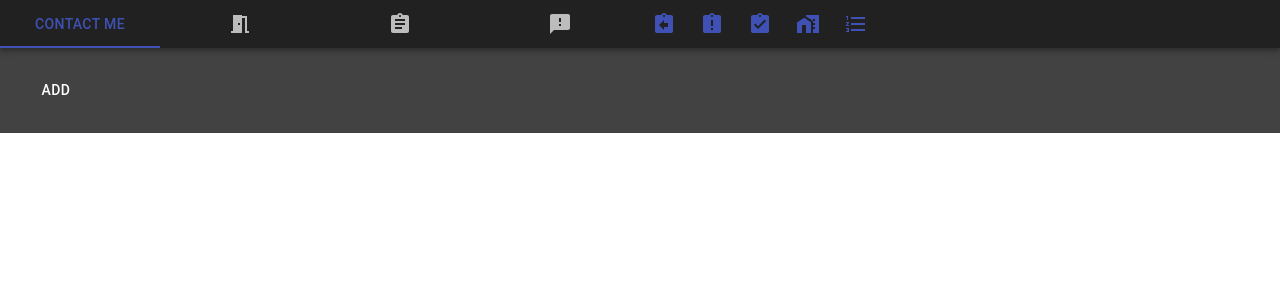
Repository: hossamsulleman1/CONTACTME
Page: / (app in my-app/)
The author's editor kept a copy of each file at every save. The page is drawn from the files as they stood at one save, then again after the next save.
The browser window is 1280 px wide. The pictures show the whole page.
The project was rebuilt for these pictures with package versions that can differ from the ones it lists, and the page was loaded fresh each time. Also part of the build but not shown: my-app/src/Components/ProfileFolder/FriendsAvatarList.jsx, my-app/src/Components/ProfileFolder/Content.jsx, my-app/src/Components/Preview.jsx, my-app/src/Components/BottomNav.jsx.

Above is the page before, as saved 2020-11-09 11:14:44.

### my-app/src/App.js
import "./App.css";
import IconNav from "./Components/IconNav";
import { createMuiTheme, ThemeProvider } from "@material-ui/core/styles";

const theme = createMuiTheme({
  palette: {
    type: "dark",
  },
});

function App() {
  return (
    <ThemeProvider theme={theme}>
      <IconNav></IconNav>
    </ThemeProvider>
  );
}

export default App;

### my-app/src/App.css
.App {
  text-align: center;
}

.floatRight {
  float: right;
}

.flexbox {
 display: flex;
}

.App-logo {
  height: 40vmin;
  pointer-events: none;
}

@media (prefers-reduced-motion: no-preference) {
  .App-logo {
    animation: App-logo-spin infinite 20s linear;
  }
}

.App-header {
  background-color: #282c34;
  min-height: 100vh;
  display: flex;
  flex-direction: column;
  align-items: center;
  justify-content: center;
  font-size: calc(10px + 2vmin);
  color: white;
}

.App-link {
  color: #61dafb;
}

@keyframes App-logo-spin {
  from {
    transform: rotate(0deg);
  }
  to {
    transform: rotate(360deg);
  }
}

### my-app/src/Components/IconNav.jsx
import React from "react";
import PropTypes from "prop-types";
import { makeStyles } from "@material-ui/core/styles";
import AppBar from "@material-ui/core/AppBar";
import Tabs from "@material-ui/core/Tabs";
import Tab from "@material-ui/core/Tab";
import Typography from "@material-ui/core/Typography";
import Box from "@material-ui/core/Box";
import PhoneIcon from "@material-ui/icons/Phone";
import PageProp from "./PageProp";
import Button from "@material-ui/core/Button";
import Content from "./ProfileFolder/Content";
import MeetingRoomIcon from "@material-ui/icons/MeetingRoom";
import HomeWorkIcon from "@material-ui/icons/HomeWork";
import IconButton from "@material-ui/core/IconButton";
import "../App.css";
import Preview from "./Preview";
import FormatListNumberedIcon from "@material-ui/icons/FormatListNumbered";
import AssignmentTurnedInIcon from "@material-ui/icons/AssignmentTurnedIn";
import AssignmentReturnIcon from "@material-ui/icons/AssignmentReturn";
import AssignmentLateIcon from "@material-ui/icons/AssignmentLate";
import AssignmentIcon from "@material-ui/icons/Assignment";
import BottomNav from "./BottomNav";
import SmsFailedIcon from "@material-ui/icons/SmsFailed";

function TabPanel(props) {
  const { children, value, index, ...other } = props;

  return (
    <div
      role="tabpanel"
      hidden={value !== index}
      id={`scrollable-auto-tabpanel-${index}`}
      aria-labelledby={`scrollable-auto-tab-${index}`}
      {...other}
    >
      {value === index && (
        <Box p={3}>
          <Typography>{children}</Typography>
        </Box>
      )}
    </div>
  );
}

TabPanel.propTypes = {
  children: PropTypes.node,
  index: PropTypes.any.isRequired,
  value: PropTypes.any.isRequired,
};

function a11yProps(index) {
  return {
    id: `scrollable-auto-tab-${index}`,
    "aria-controls": `scrollable-auto-tabpanel-${index}`,
  };
}

const useStyles = makeStyles((theme) => ({
  root: {
    flexGrow: 1,
    width: "100%",
    backgroundColor: theme.palette.background.paper,
  },
}));

export default function IconNav() {
  const classes = useStyles();
  const [value, setValue] = React.useState(0);

  const handleChange = (event, newValue) => {
    setValue(newValue);
  };

  return (
    <div className={classes.root}>
      <AppBar position="static" color="default">
        <Tabs
          value={value}
          onChange={handleChange}
          indicatorColor="primary"
          textColor="primary"
          variant="scrollable"
          scrollButtons="auto"
          aria-label="scrollable auto tabs example"
        >
          {/* <div className="floatRight">
            <IconButton
              aria-label="delete"
              href="https://semptiareact.web.app/"
            >
              <HomeWorkIcon></HomeWorkIcon>
            </IconButton>
          </div> */}
          {/* <Tab icon={<PhoneIcon />} label="ME" {...a11yProps(0)} />
          <Tab icon={<PhoneIcon />} label="Linked In" {...a11yProps(1)} /> */}
          {/* <Tab label="Facebook" {...a11yProps(2)} />
          <Tab label="Instagram" {...a11yProps(3)} />
          <Tab label="Snapchat" {...a11yProps(4)} /> */}
          <Tab label="CONTACT ME" {...a11yProps(0)} />
          <Tab icon={<MeetingRoomIcon />} {...a11yProps(1)} />
          <Tab icon={<AssignmentIcon />} {...a11yProps(2)} />
          <Tab icon={<SmsFailedIcon />} {...a11yProps(3)} />

          <div className="flexbox">
            <div className="floatRight">
              <IconButton
                color="primary"
                aria-label="delete"
                href="https://semptiareact.web.app/"
              >
                <AssignmentReturnIcon />
                {/* GOES TO SEMPTIA TASK TRACKING PAGE  */}
              </IconButton>
            </div>
            <div className="floatRight">
              <IconButton
                color="primary"
                aria-label="delete"
                href="https://semptiareact.web.app/"
              >
                <AssignmentLateIcon />
                {/* GOES TO SEMPTIA TASK TRACKING PAGE  */}
              </IconButton>
            </div>
            <div className="floatRight">
              <IconButton
                color="primary"
                aria-label="delete"
                href="https://semptiareact.web.app/"
              >
                <AssignmentTurnedInIcon />
                {/* GOES TO SEMPTIA TASK TRACKING PAGE  */}
              </IconButton>
            </div>
            {/* these buttons can find info on task complete a task ect as a snackbar notif  */}
            <div className="floatRight">
              <IconButton
                color="primary"
                aria-label="delete"
                href="https://semptiareact.web.app/"
              >
                <HomeWorkIcon></HomeWorkIcon>
              </IconButton>
            </div>
            <div className="floatRight">
              <IconButton
                color="primary"
                aria-label="delete"
                href="https://semptiareact.web.app/"
              >
                <FormatListNumberedIcon></FormatListNumberedIcon>
                {/* GOES TO SEMPTIA TASK TRACKING PAGE  */}
              </IconButton>
            </div>
          </div>
        </Tabs>
      </AppBar>
      {/* <TabPanel value={value} index={0}>
        <Preview></Preview>
      </TabPanel>
      <TabPanel value={value} index={1}>
        <PageProp name="Linked In"></PageProp>
      </TabPanel>
      <TabPanel value={value} index={2}>
        <PageProp name="Facebook"></PageProp>
      </TabPanel>
      <TabPanel value={value} index={3}>
        <PageProp name="Instagram"></PageProp>
      </TabPanel> */}

      <TabPanel value={value} index={0}>
        <PageProp ></PageProp>
      </TabPanel>

      <TabPanel value={value} index={1}>
        Item Five
      </TabPanel>
      <TabPanel value={value} index={3}>
        <BottomNav></BottomNav>
        {/* bottom nav buttons for task complete ect then template for history on completes */}
      </TabPanel>
      <TabPanel value={value} index={2}>
        {/* make this just a icon thing and have it have a load screen sucess load and this unlocks door and shows stats about door ect not a tab  */}
        <p>TASKS </p>

        <p>current task is</p>

        <Button>SKIP TASK</Button>
        <Button>COMPLETE TASK </Button>
        <Button>UNDO TASK</Button>
      </TabPanel>
    </div>
  );
}

### my-app/src/Components/PageProp.jsx
import React from 'react'
import Button from '@material-ui/core/Button';


function PageProp(props) {


    return (
<div>
    <Button>
        ADD {props.name}
    </Button>
</div>
    )
}

export default PageProp;

Loaded but not shown: my-app/public/index.html (common file); my-app/src/index.js (common file); my-app/src/index.css (common file); my-app/src/reportWebVitals.js (common file)

After the next save:
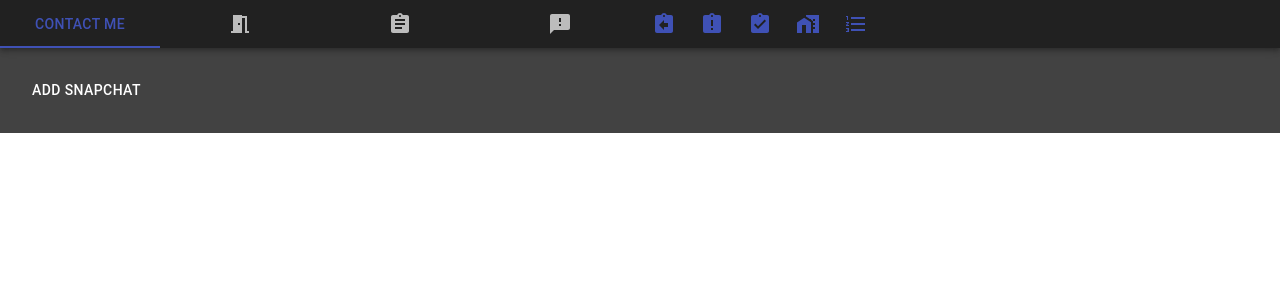
Saved 4 min 4 s later.
--- a/my-app/src/Components/PageProp.jsx
+++ b/my-app/src/Components/PageProp.jsx
@@ -8,7 +8,7 @@ function PageProp(props) {
     return (
 <div>
     <Button>
-        ADD {props.name}
+        ADD SNAPCHAT
     </Button>
 </div>
     )
